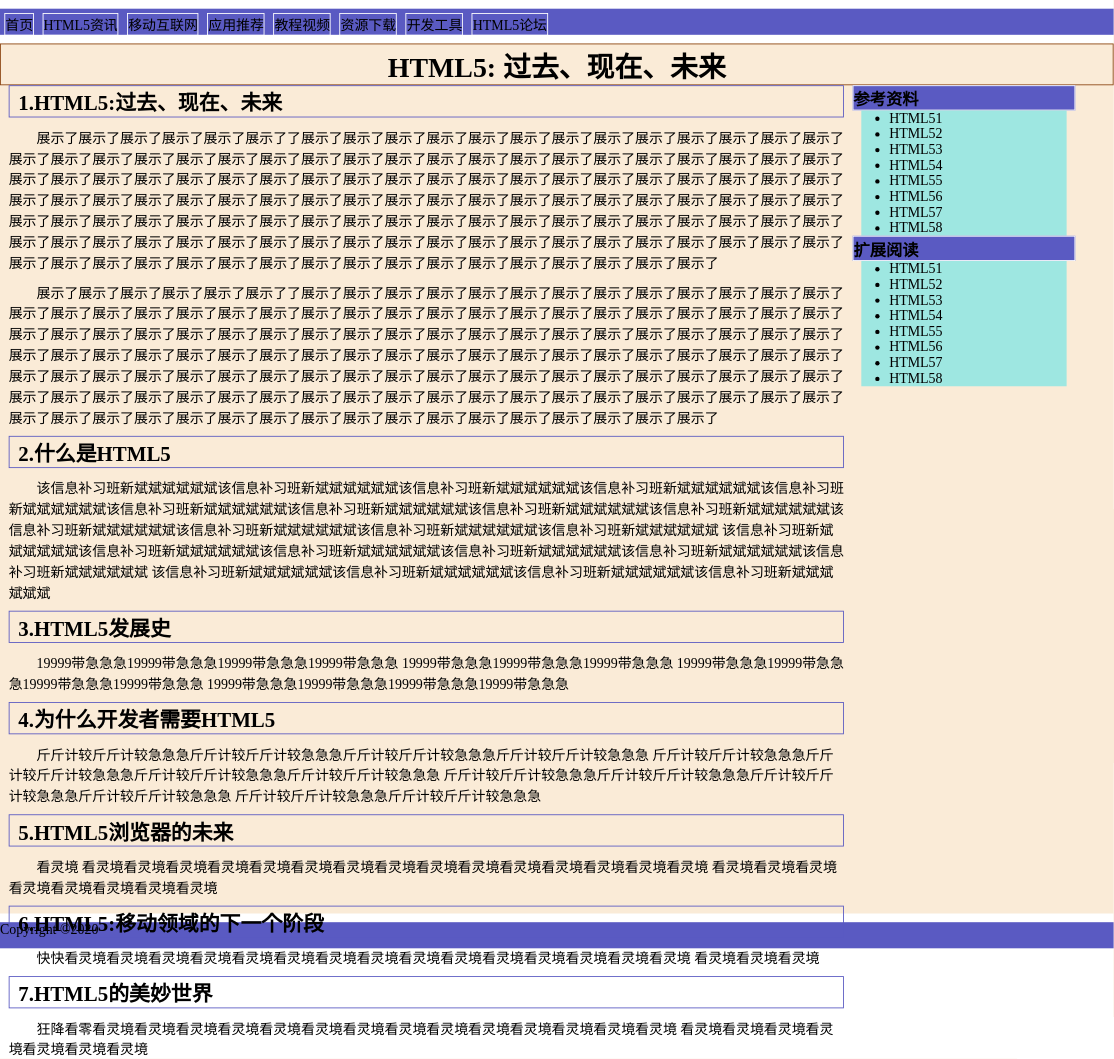
Repository: LstHeart/html-learning
Page: css/案例作业2.html
An editor plug-in stored every save of this project. The page is shown before and after the next save, followed by the edit.
The browser window is 1280 px wide. The pictures show the whole page, at 87% of full size.

Above is the page before, as saved 2021-01-05 22:25:49.

### css/案例作业2.html
<!DOCTYPE html>
<html lang="en">
<head>
    <meta charset="UTF-8">
    <meta name="viewport" content="width=device-width, initial-scale=1.0">
    <title>HTML5</title>
    <link rel="stylesheet" href="html5.css">
</head>
<body>
    <div class="header">
        <ul>
            <li>首页</li>
            <li>HTML5资讯</li>
            <li>移动互联网</li>
            <li>应用推荐</li>
            <li>教程视频</li>
            <li>资源下载</li>
            <li>开发工具</li>
            <li>HTML5论坛</li>
        </ul>
    </div>
    <div class="content">
        <h1>HTML5: 过去、现在、未来</h1>
        <div class="leftside">
            <h2>1.HTML5:过去、现在、未来</h2>
            <p>展示了展示了展示了展示了展示了展示了了展示了展示了展示了展示了展示了展示了展示了展示了展示了展示了展示了展示了展示了展示了展示了展示了展示了展示了展示了展示了展示了展示了展示了展示了展示了展示了展示了展示了展示了展示了展示了展示了展示了展示了展示了展示了展示了展示了展示了展示了展示了展示了展示了展示了展示了展示了展示了展示了展示了展示了展示了展示了展示了展示了展示了展示了展示了展示了展示了展示了展示了展示了展示了展示了展示了展示了展示了展示了展示了展示了展示了展示了展示了展示了展示了展示了展示了展示了展示了展示了展示了展示了展示了展示了展示了展示了展示了展示了展示了展示了展示了展示了展示了展示了展示了展示了展示了展示了展示了展示了展示了展示了展示了展示了展示了展示了展示了展示了展示了展示了展示了展示了展示了展示了展示了展示了展示了展示了展示了展示了展示了展示了展示了展示了展示了展示了展示了展示了展示了展示了</p>
            <p>展示了展示了展示了展示了展示了展示了了展示了展示了展示了展示了展示了展示了展示了展示了展示了展示了展示了展示了展示了展示了展示了展示了展示了展示了展示了展示了展示了展示了展示了展示了展示了展示了展示了展示了展示了展示了展示了展示了展示了展示了展示了展示了展示了展示了展示了展示了展示了展示了展示了展示了展示了展示了展示了展示了展示了展示了展示了展示了展示了展示了展示了展示了展示了展示了展示了展示了展示了展示了展示了展示了展示了展示了展示了展示了展示了展示了展示了展示了展示了展示了展示了展示了展示了展示了展示了展示了展示了展示了展示了展示了展示了展示了展示了展示了展示了展示了展示了展示了展示了展示了展示了展示了展示了展示了展示了展示了展示了展示了展示了展示了展示了展示了展示了展示了展示了展示了展示了展示了展示了展示了展示了展示了展示了展示了展示了展示了展示了展示了展示了展示了展示了展示了展示了展示了展示了展示了</p>
            <h2>2.什么是HTML5</h2>
            <p>该信息补习班新斌斌斌斌斌斌该信息补习班新斌斌斌斌斌斌该信息补习班新斌斌斌斌斌斌该信息补习班新斌斌斌斌斌斌该信息补习班新斌斌斌斌斌斌该信息补习班新斌斌斌斌斌斌该信息补习班新斌斌斌斌斌斌该信息补习班新斌斌斌斌斌斌该信息补习班新斌斌斌斌斌斌该信息补习班新斌斌斌斌斌斌该信息补习班新斌斌斌斌斌斌该信息补习班新斌斌斌斌斌斌该信息补习班新斌斌斌斌斌斌
                该信息补习班新斌斌斌斌斌斌该信息补习班新斌斌斌斌斌斌该信息补习班新斌斌斌斌斌斌该信息补习班新斌斌斌斌斌斌该信息补习班新斌斌斌斌斌斌该信息补习班新斌斌斌斌斌斌
                该信息补习班新斌斌斌斌斌斌该信息补习班新斌斌斌斌斌斌该信息补习班新斌斌斌斌斌斌该信息补习班新斌斌斌斌斌斌
            </p>
            <h2>3.HTML5发展史</h2>
            <p>19999带急急急19999带急急急19999带急急急19999带急急急
                19999带急急急19999带急急急19999带急急急
                19999带急急急19999带急急急19999带急急急19999带急急急
                19999带急急急19999带急急急19999带急急急19999带急急急
            </p>
            <h2>4.为什么开发者需要HTML5</h2>
            <p>斤斤计较斤斤计较急急急斤斤计较斤斤计较急急急斤斤计较斤斤计较急急急斤斤计较斤斤计较急急急
                斤斤计较斤斤计较急急急斤斤计较斤斤计较急急急斤斤计较斤斤计较急急急斤斤计较斤斤计较急急急
                斤斤计较斤斤计较急急急斤斤计较斤斤计较急急急斤斤计较斤斤计较急急急斤斤计较斤斤计较急急急
                斤斤计较斤斤计较急急急斤斤计较斤斤计较急急急
            </p>
            <h2>5.HTML5浏览器的未来</h2>
            <p>看灵境
                看灵境看灵境看灵境看灵境看灵境看灵境看灵境看灵境看灵境看灵境看灵境看灵境看灵境看灵境看灵境
                看灵境看灵境看灵境看灵境看灵境看灵境看灵境看灵境
            </p>
            <h2>6.HTML5:移动领域的下一个阶段</h2>
            <p>快快看灵境看灵境看灵境看灵境看灵境看灵境看灵境看灵境看灵境看灵境看灵境看灵境看灵境看灵境看灵境
                看灵境看灵境看灵境
            </p>
            <h2>7.HTML5的美妙世界</h2>
            <p>狂降看零看灵境看灵境看灵境看灵境看灵境看灵境看灵境看灵境看灵境看灵境看灵境看灵境看灵境看灵境
                看灵境看灵境看灵境看灵境看灵境看灵境看灵境
            </p>
        </div>
        <div class="rightside">
            <h3>参考资料</h3>
            <ul>
                <li>HTML51</li>
                <li>HTML52</li>
                <li>HTML53</li>
                <li>HTML54</li>
                <li>HTML55</li>
                <li>HTML56</li>
                <li>HTML57</li>
                <li>HTML58</li>
            </ul>
            <h3>扩展阅读</h3>
            <ul>
                <li>HTML51</li>
                <li>HTML52</li>
                <li>HTML53</li>
                <li>HTML54</li>
                <li>HTML55</li>
                <li>HTML56</li>
                <li>HTML57</li>
                <li>HTML58</li>
            </ul>
        </div>
    </div>
    <div class="footer">
        Copyright &copy;2020
    </div>
</body>
</html>

### css/html5.css
*{
    padding: 0;
    margin: 0;
}
li{
    list-style: none;
}
a{
    text-decoration: none;
}
.header{
    position: relative;
}
.header,.footer{
    height: 30px;
    background-color: #5a5ac2;
    margin: 10px auto;
}
.header li{
    float: left;
    margin:5px 5px;
    border:#fff solid 1px;
    overflow: hidden;
}
.content{
    background-color:antiquewhite;
    height: 1000px;
    margin: 10px auto;
    /* position: absolute; */
    /* overflow: hidden; */
    /* overflow-wrap: break-word; */
}
.content h1{
    border: 1px saddlebrown solid;
    text-align: center;
    font-family: '黑体';
}
.content .leftside,.rightside{
    float: left;
    height: 900px;
    /* width: 400px; */
    /* padding: 0 20px; */
}
.content .leftside{
    width: 75%;
    padding: 0 10px;
}
.content .rightside{
    width: 20%;
}
.content h2{
    border:#5a5ac2 1px solid;
    padding-left: 10px;
}
.content p{
    font-family: '楷体';
    text-indent: 2em;
    margin: 10px 0;
    /* line-height: 1; */
}
.content h3{
    font-family: '黑体';
    border: 1px solid #ffffff;
    background-color: #5a5ac2;
}
.content ul{
    background-color: #9ee7e1;
    margin:0 10px 0;
}
.content ul li{
    list-style:disc;
    margin-left: 2em;
}
.footer{
    /* position: absolute; */
    margin: o auto;
}

After the next save:
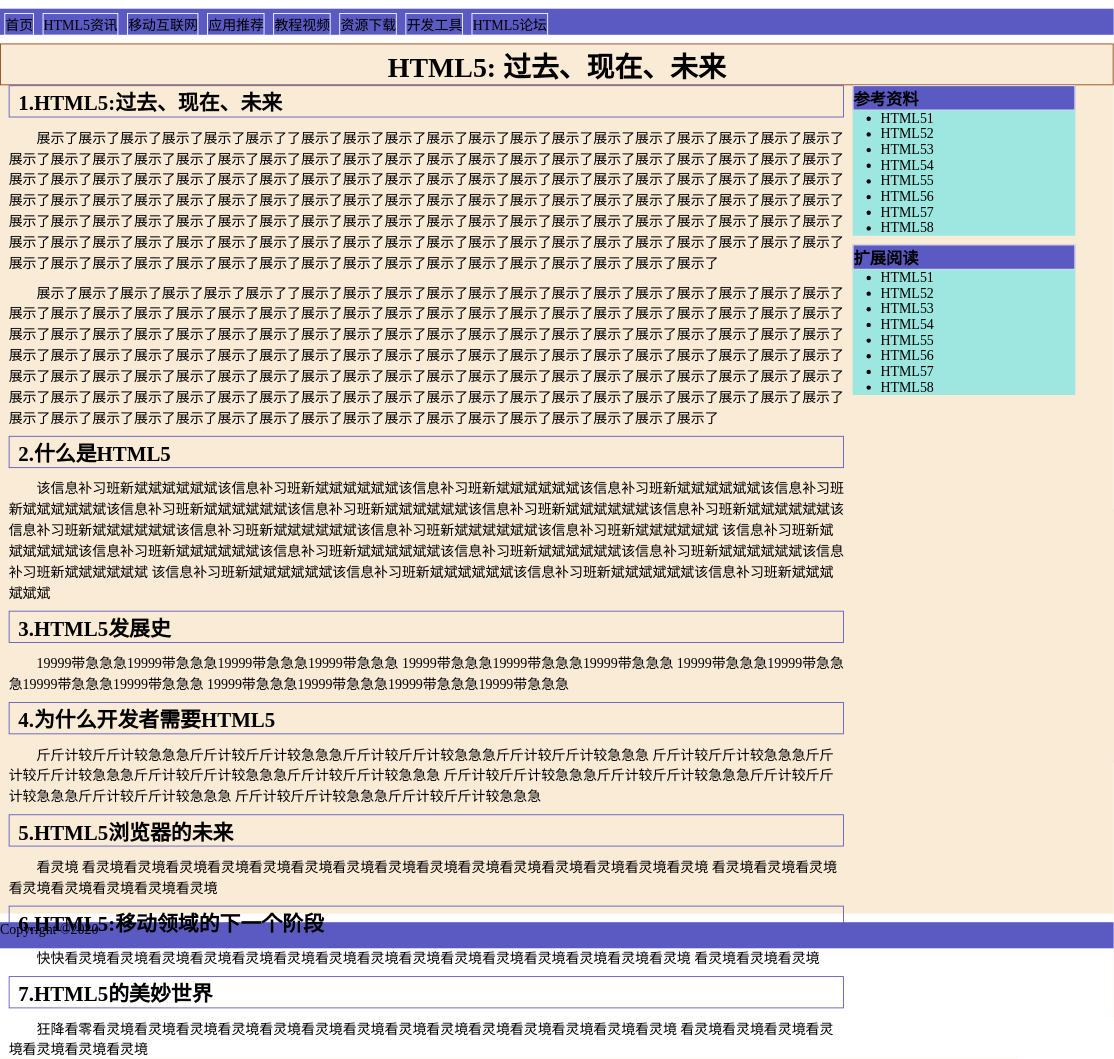
Saved 15 s later.
--- a/css/html5.css
+++ b/css/html5.css
@@ -65,7 +65,8 @@ a{
 }
 .content ul{
     background-color: #9ee7e1;
-    margin:0 10px 0;
+    /* margin:0 10px 0; */
+    margin-bottom: 10px;
 }
 .content ul li{
     list-style:disc;
